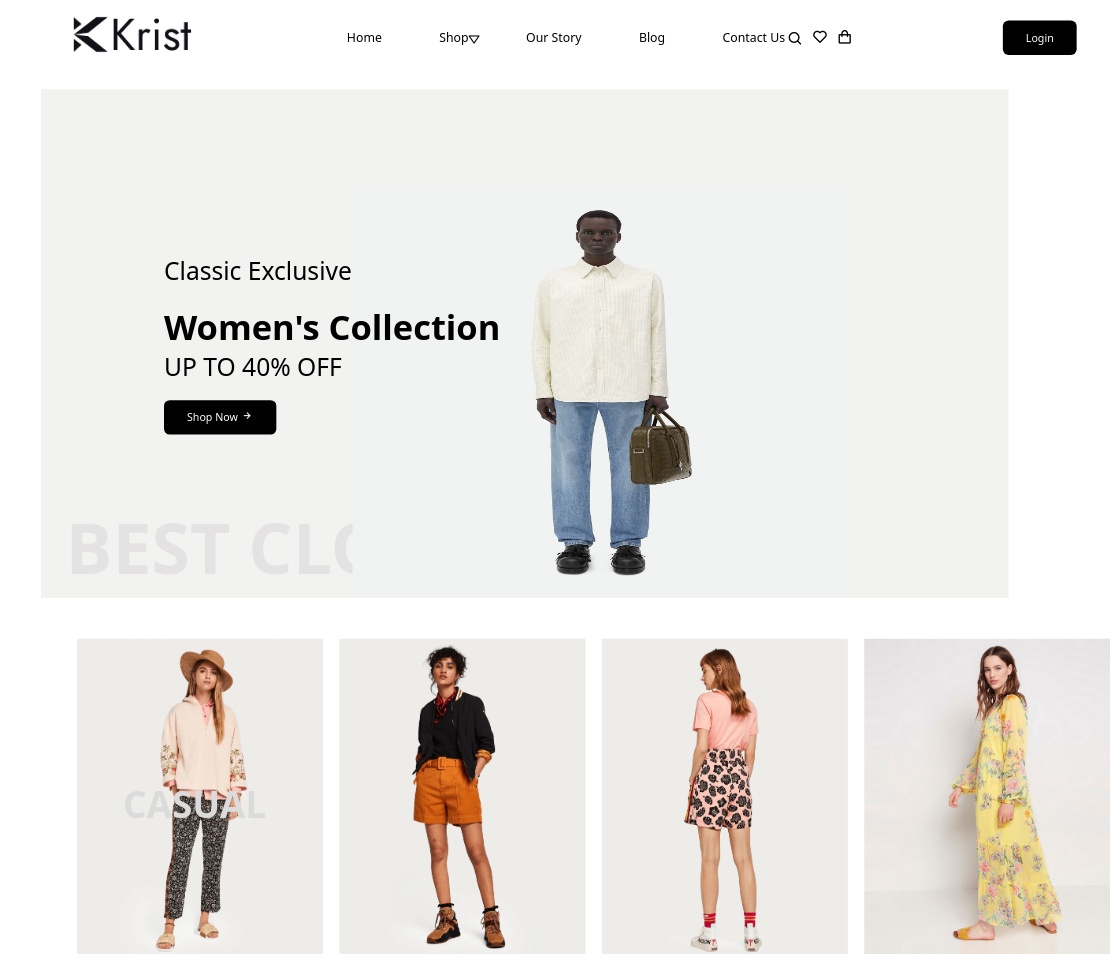
Repository: isaacCodes1/Krist-Website
Page: index.html
An editor plug-in stored every save of this project. The page is shown before and after a run of saves, followed by the edit.
The browser window is 1280 px wide. The page is 1354 px wide, so the pictures cover 1354 px, including what lies to the right of the window. The pictures show the whole page, at 82% of full size.

Above is the page before, as saved 2024-04-01 11:01:40.

After the next 2 saves:
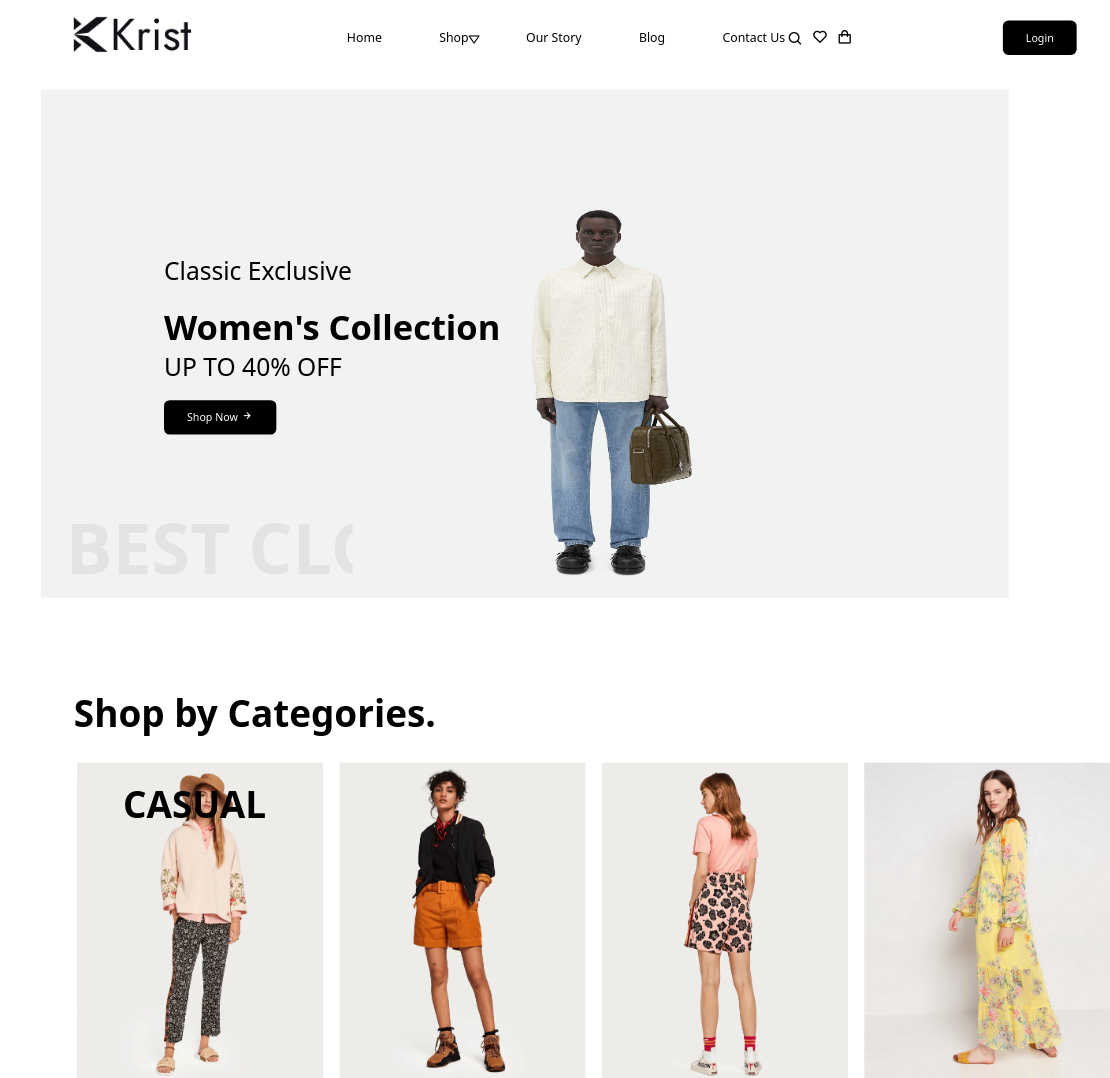
The 2 saves are shown as one change because they came seconds apart.
The last was saved 13 s later.
--- a/style.css
+++ b/style.css
@@ -142,22 +142,10 @@ button:hover {
   color: #fff;
 }
 .cardstext {
-  position: absolute;
-  top: 50%;
-  left: 50%;
-  transform: translate(-50%, -50%);
-  background-color: rgba(0, 0, 0, 0.5);
-  color: white;
-  padding: 10px 20px;
-  opacity: 0;
-  transition: opacity 0.5s;
   font-size: 30px;
   margin-left: 90px;
   padding-top: 60px;
   padding-bottom: 30px;
-}
-.cardstext:hover {
-  opacity: 1;
 }
 .cardsImg {
   display: flex;
@@ -172,7 +160,7 @@ button:hover {
 }
 .a1 {
   font-size: 45px;
-  color: #dbdbdb;
+  color: #000;
   position: absolute;
   top: 950px;
   left: 150px;
